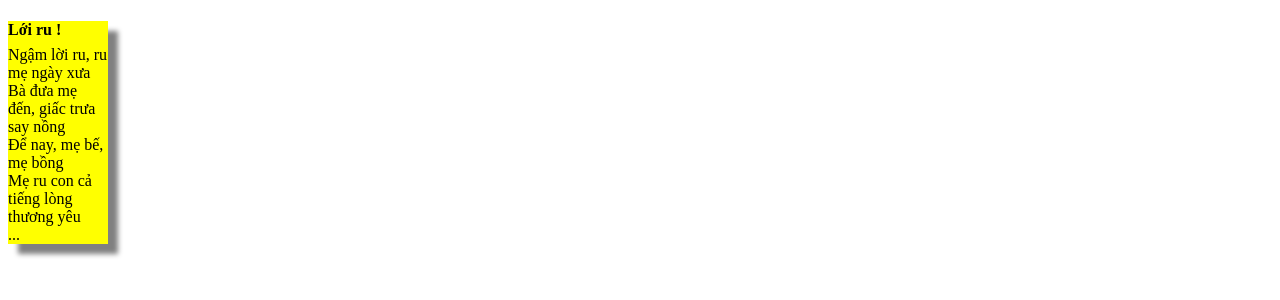
Repository: Tan-Khang21/TH_TKW--Buoi_07
Page: Bai_Tap_Mau/Bai_03/Shadow2.html
An editor plug-in stored every save of this project. The page is shown before and after the next save, followed by the edit.
The browser window is 1280 px wide. The pictures show the whole page.

Above is the page before, as saved 2024-03-12 15:46:34.

### Bai_Tap_Mau/Bai_03/Shadow2.html
<!DOCTYPE html>
<html lang="en">
  <head>
    <meta charset="UTF-8" />
    <meta name="viewport" content="width=device-width, initial-scale=1.0" />
    <title>Document</title>
  </head>
  <body>
    <style>
      .box {
        background-color: yellow;
        box-shadow: 10px 10px 5px grey;
        width: 100px;
      }
    </style>
    <div class="box">
      <h4>Lới ru !</h4>
      <p style="margin-top: -15px">
        Ngậm lời ru, ru mẹ ngày xưa <br />
        Bà đưa mẹ đến, giấc trưa say nồng <br />
        Để nay, mẹ bế, mẹ bồng <br />
        Mẹ ru con cả tiếng lòng thương yêu <br />...
      </p>
    </div>
  </body>
</html>

After the next save:
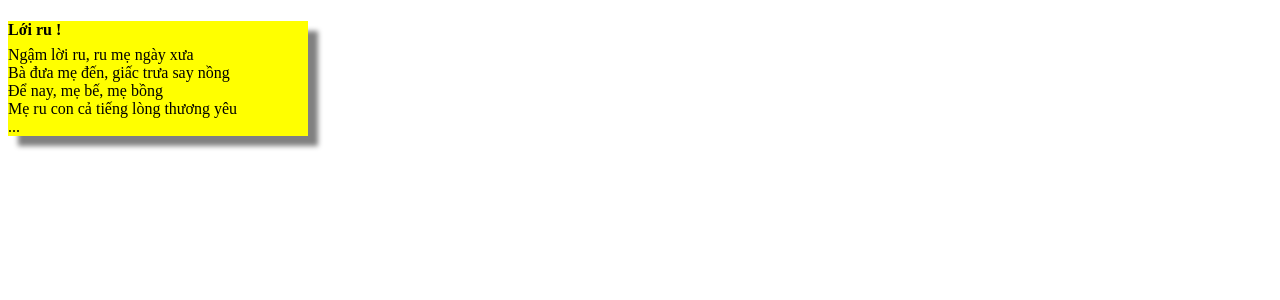
Saved 7 s later.
--- a/Bai_Tap_Mau/Bai_03/Shadow2.html
+++ b/Bai_Tap_Mau/Bai_03/Shadow2.html
@@ -10,7 +10,7 @@
       .box {
         background-color: yellow;
         box-shadow: 10px 10px 5px grey;
-        width: 100px;
+        width: 300px;
       }
     </style>
     <div class="box">
